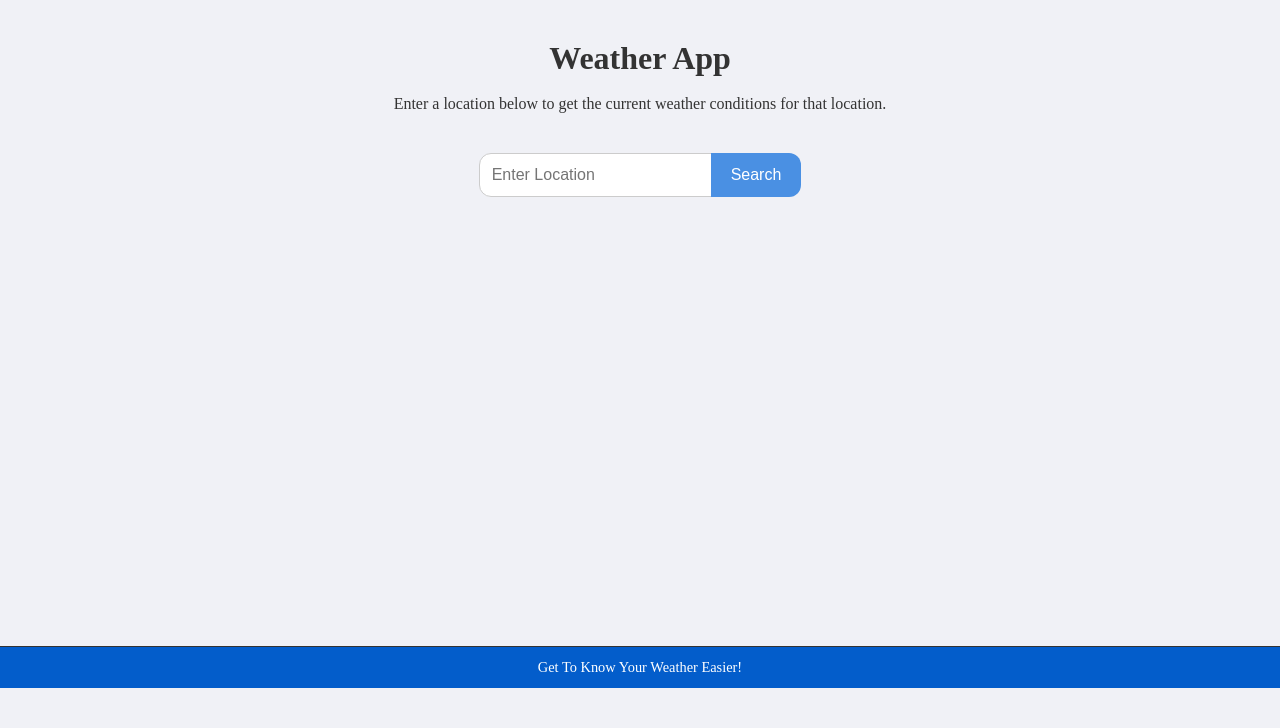
Repository: AlaaYou/Weather-App
Page: index.html
An editor plug-in stored every save of this project. The page is shown before and after the next save, followed by the edit.
The browser window is 1280 px wide. The pictures show the whole page.

Above is the page before, as saved 2024-10-20 23:38:54.
Console error: TypeError: Cannot read properties of null (reading 'appendChild')

After the next save:
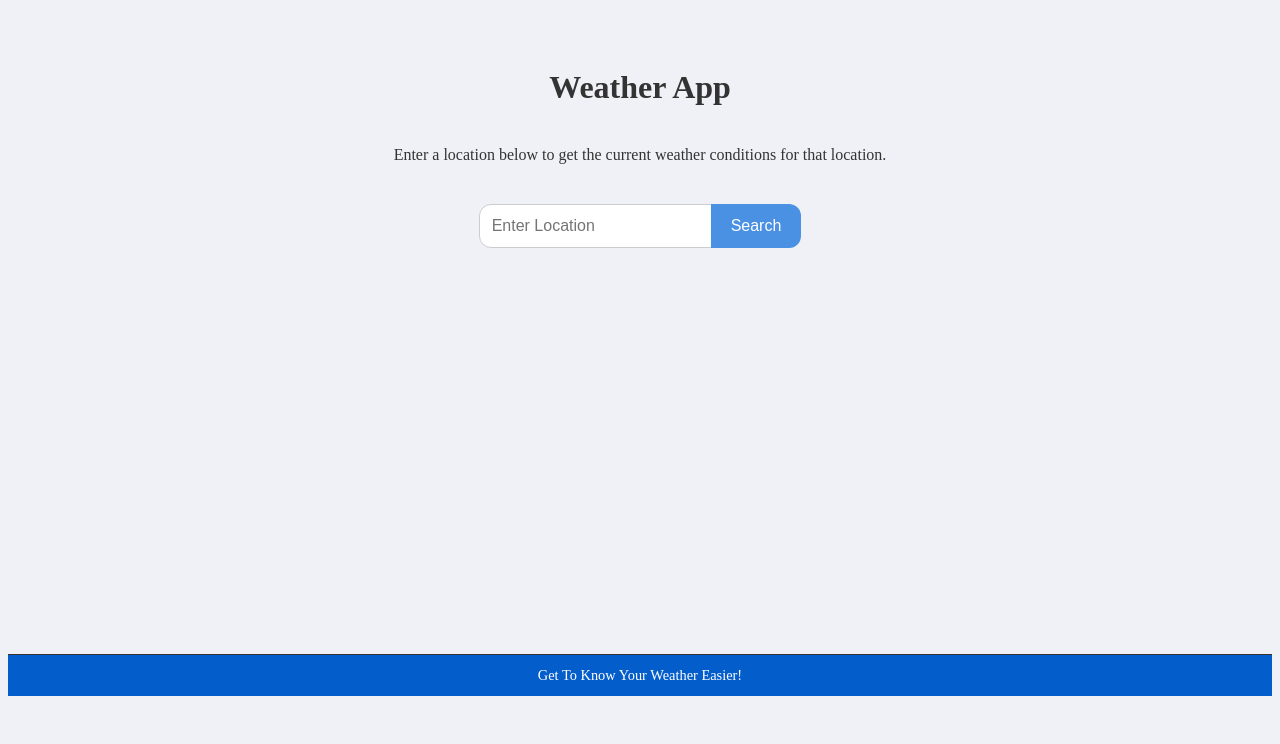
Saved 15 s later.
--- a/styles.css
+++ b/styles.css
@@ -2,6 +2,10 @@
 
 body,
 h1,
+:root{
+  --clr: #0f0;
+}
+
 p {
   margin: 0;
   padding: 0;
